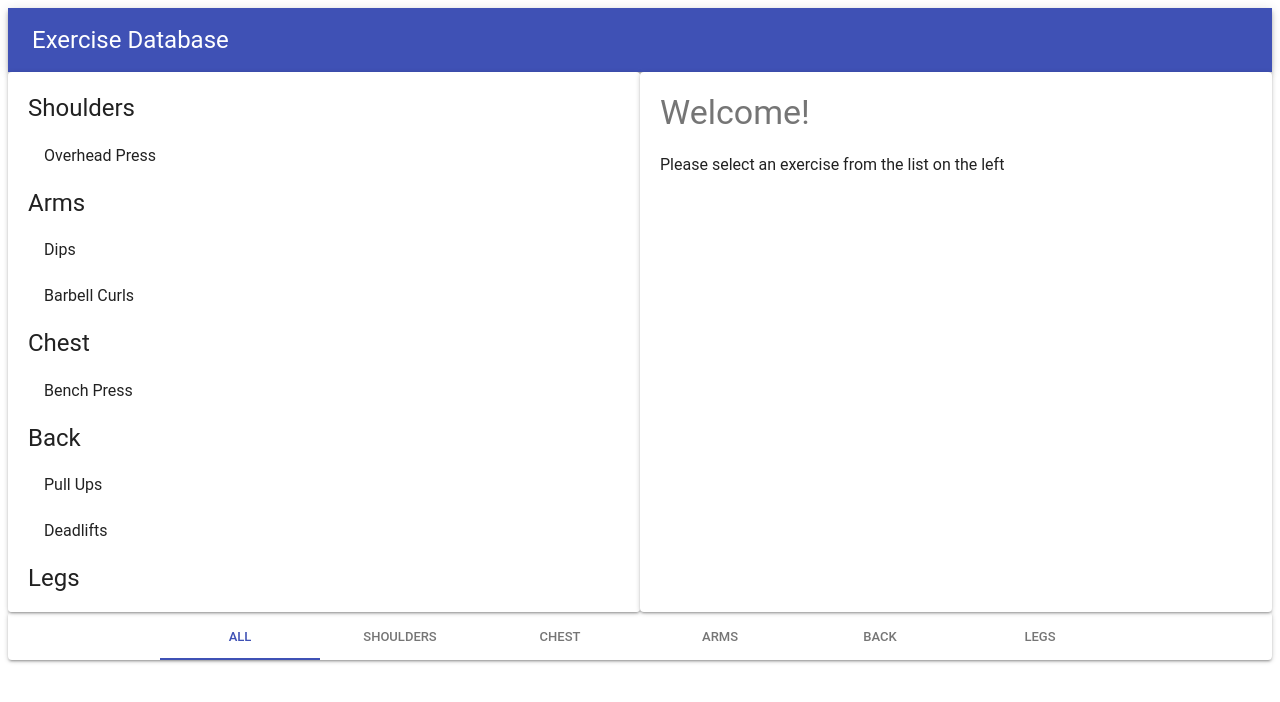
Repository: Votex874/material-ui
Page: /
The author's editor kept a copy of each file at every save. The page is drawn from the files as they stood at one save, then again after a run of saves.
The browser window is 1280 px wide. The pictures show the whole page.
An inner scrolling area shows only its first screen. The project was rebuilt for these pictures with package versions that can differ from the ones it lists, and the page was loaded fresh each time. Also part of the build but not shown: src/Components/Exercises/LeftPane.js, src/Components/Exercises/RightPane.js.

Above is the page before, as saved 2019-03-24 13:07:56.

### src/index.js
import React from 'react';
import ReactDOM from 'react-dom';
import App from './Components/App';
import * as serviceWorker from './serviceWorker';

ReactDOM.render(<App />, document.getElementById('root'));

// If you want your app to work offline and load faster, you can change
// unregister() to register() below. Note this comes with some pitfalls.
// Learn more about service workers: https://bit.ly/CRA-PWA
serviceWorker.unregister();

### src/Components/App.js
import React, { Component, Fragment } from 'react';
import { Header, Footer } from './Layouts/index'
import Excersises from './Exercises/index'
import { muscles, exercises } from '../store'

class App extends Component {
  state = {
    exercises
  }

  getExercisesByMuscles = () => {
    return Object.entries(
      this.state.exercises.reduce((exercises, exercise) => {
      const { muscles } = exercise

      exercises[muscles] = exercises[muscles] ? [...exercises[muscles], exercise] : [exercise]

      return exercises
    }, {})
    )
  }

  render() {
    const exercises = this.getExercisesByMuscles();
    return (
      <Fragment>
        <Header />
        <Excersises exercises={exercises} />
        <Footer muscles={muscles} />
      </Fragment>
    );
  }
}

export default App;

### src/Components/Layouts/index.js
import Header from './Header'
import Footer from './Footer'

export {
  Header, Footer
}

### src/Components/Exercises/index.js
import React, { Fragment } from 'react'
import { Grid, Paper, Typography, ListItem, ListItemText, List } from '@material-ui/core'
import LeftPane from './LeftPane'
import RightPane from './RightPane'

const style = {
  Paper: {
    padding: 20,
    margin: '20 0 20 0',
    height: 500,
    overflowY: 'auto'
  },
}

export default ({ exercises }) =>
  <Grid container>
    <Grid item sm>
      <Paper style={style.Paper}>
        {exercises.map(([group, exercises], i) => {
          return (
            <Fragment key={i}>
              <Typography
                key={i}
                variant='headline'
                style={{ textTransform: 'capitalize' }}
              >
                {group}
              </Typography>
              <List component="ul" >
                {exercises.map(({ title }, i) => {
                  return (
                    <ListItem key={i} button>
                      <ListItemText primary={title} />
                    </ListItem>
                  )
                })}
              </List>
            </Fragment>
          )
          })}
      </Paper>
    </Grid>
    <Grid item sm>
      <Paper style={style.Paper}>
        <Typography
          variant='display1'
        >
          Welcome!
        </Typography>
        <Typography
          variant='subheading'
          style={{marginTop: 20}}
        >Please select an exercise from the list on the left</Typography>
      </Paper>
    </Grid>
  </Grid>

### src/store.js
export const muscles = [
  'shoulders', 'chest', 'arms', 'back', 'legs'
]

export const exercises = [
  {
    id: 'overhead-press',
    title: 'Overhead Press',
    description: 'Delts exercise...',
    muscles: 'shoulders'
  },
  {
    id: 'dips',
    title: 'Dips',
    description: 'Triceps exercise...',
    muscles: 'arms'
  },
  {
    id: 'barbell-curls',
    title: 'Barbell Curls',
    description: 'Biceps exercise...',
    muscles: 'arms'
  },
  {
    'id': 'bench-press',
    title: 'Bench Press',
    description: 'Chest exercise...',
    muscles: 'chest'
  },
  {
    id: 'pull-ups',
    title: 'Pull Ups',
    description: 'Back and biceps exercise...',
    muscles: 'back'
  },
  {
    id: 'deadlifts',
    title: 'Deadlifts',
    description: 'Back and leg exercise...',
    muscles: 'back'
  },
  {
    id: 'squats',
    title: 'Squats',
    description: 'Legs exercise...',
    muscles: 'legs'
  },
]

### src/Components/Layouts/Header.js
import React from 'react';
import { AppBar, Toolbar, Typography } from '@material-ui/core'


const Header = props => {
  return (
    <AppBar position="static">
      <Toolbar>
        <Typography variant="headline" color="inherit">Exercise Database</Typography>
      </Toolbar>
    </AppBar>
  );
}

export default Header

### src/Components/Layouts/Footer.js
import React from 'react';
import { Paper, Tabs, Tab } from '@material-ui/core'
import { muscles } from '../../store';

const Footer = ({ muscles }) => {
  return (
    <Paper>
      <Tabs
        value={0}
        indicatorColor="primary"
        textColor="primary"
        centered
      > <Tab label='All' />
        {muscles.map( (group, i) => {
          return <Tab key={i} label={group} />
        })}
      </Tabs>
    </Paper>
  );
}

export default Footer

Loaded but not shown: public/index.html (common file); src/serviceWorker.js (common file)

After the next 5 saves:
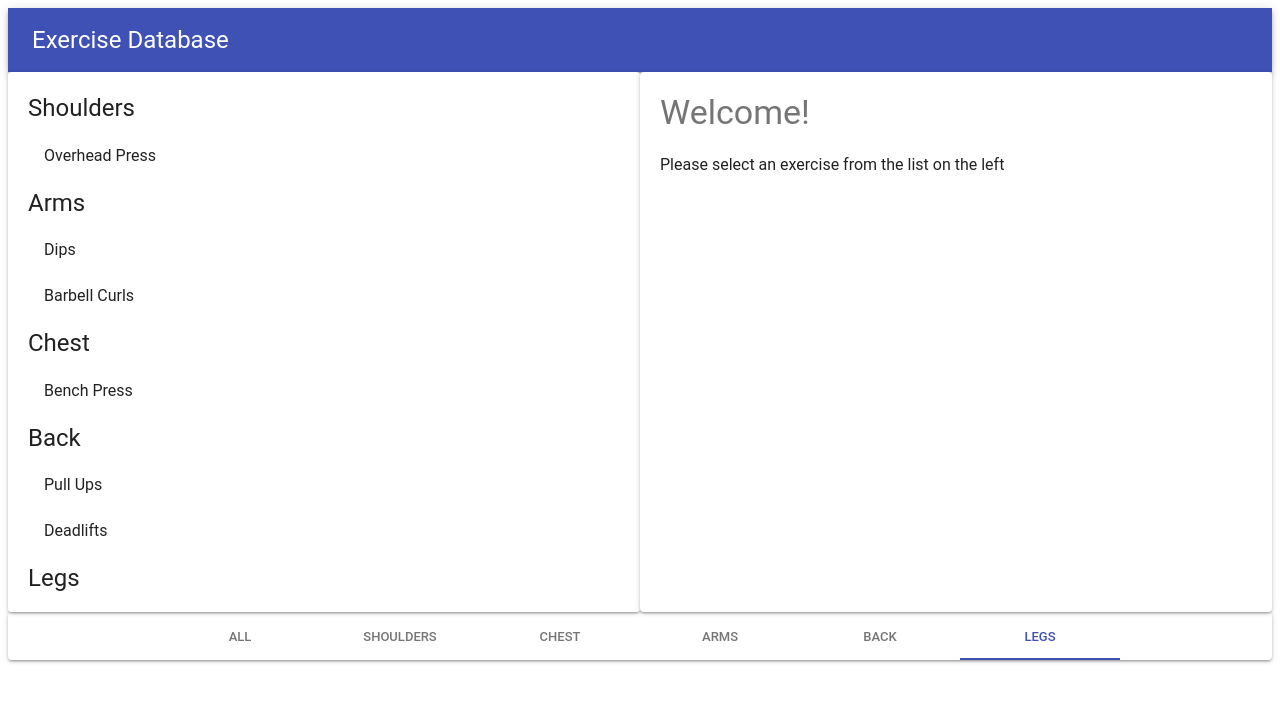
The 5 saves are shown as one change because 4 did not build or start.
The last was saved 52 min 54 s later.
--- a/src/Components/App.js
+++ b/src/Components/App.js
@@ -5,7 +5,8 @@
 
 class App extends Component {
   state = {
-    exercises
+    exercises,
+    category: 'legs'
   }
 
   getExercisesByMuscles = () => {
@@ -20,13 +21,24 @@
     )
   }
 
+  handleCategorySelected = category => {
+    this.setState({
+      category
+    })
+  }
+
   render() {
-    const exercises = this.getExercisesByMuscles();
+    const exercises = this.getExercisesByMuscles(),
+    { category } = this.state
     return (
       <Fragment>
         <Header />
         <Excersises exercises={exercises} />
-        <Footer muscles={muscles} />
+        <Footer
+          category={category}
+          muscles={muscles}
+          onSelect={this.handleCategorySelected}
+          />
       </Fragment>
     );
   }
--- a/src/Components/Layouts/Footer.js
+++ b/src/Components/Layouts/Footer.js
@@ -2,11 +2,14 @@ import React from 'react';
 import { Paper, Tabs, Tab } from '@material-ui/core'
 import { muscles } from '../../store';
 
-const Footer = ({ muscles }) => {
+const Footer = ({ muscles, onSelect, category }) => {
+  const index = category
+  ? muscles.findIndex(group => group === category) + 1
+  : 0
   return (
     <Paper>
       <Tabs
-        value={0}
+        value={index}
         indicatorColor="primary"
         textColor="primary"
         centered

After the save that followed:
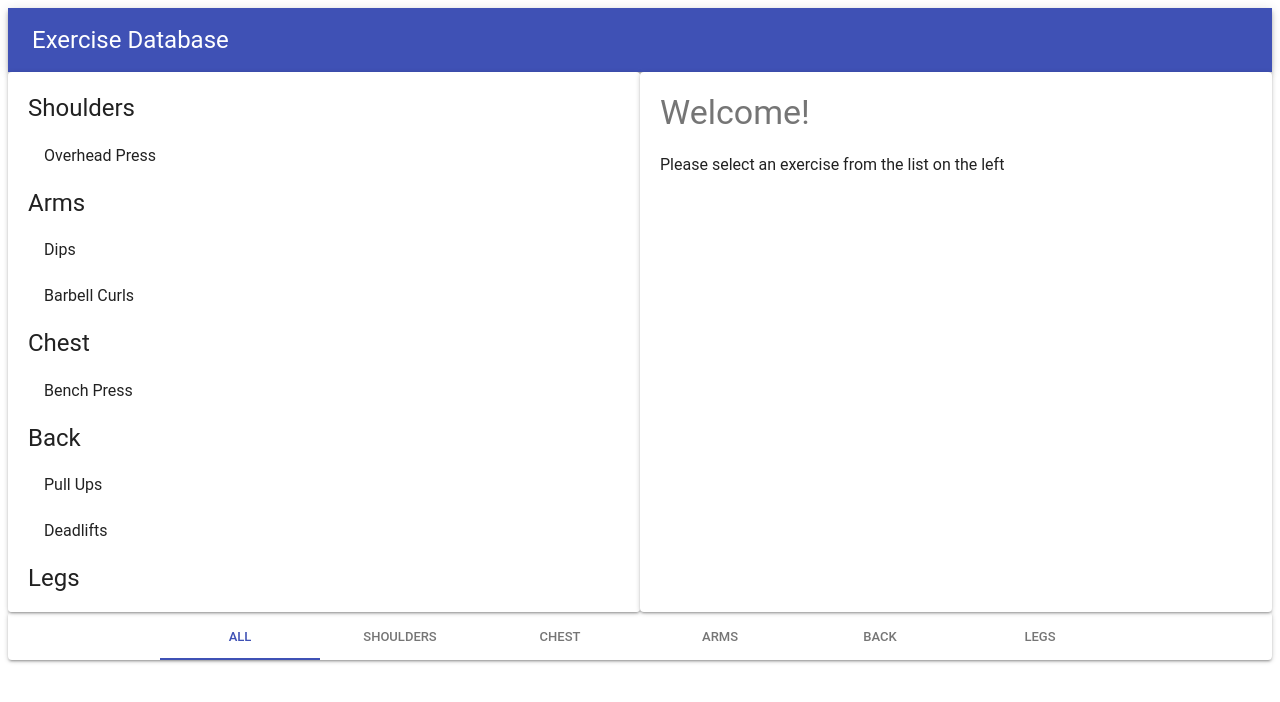
Saved 30 s later.
--- a/src/Components/App.js
+++ b/src/Components/App.js
@@ -6,7 +6,7 @@
 class App extends Component {
   state = {
     exercises,
-    category: 'legs'
+    category: ''
   }
 
   getExercisesByMuscles = () => {
